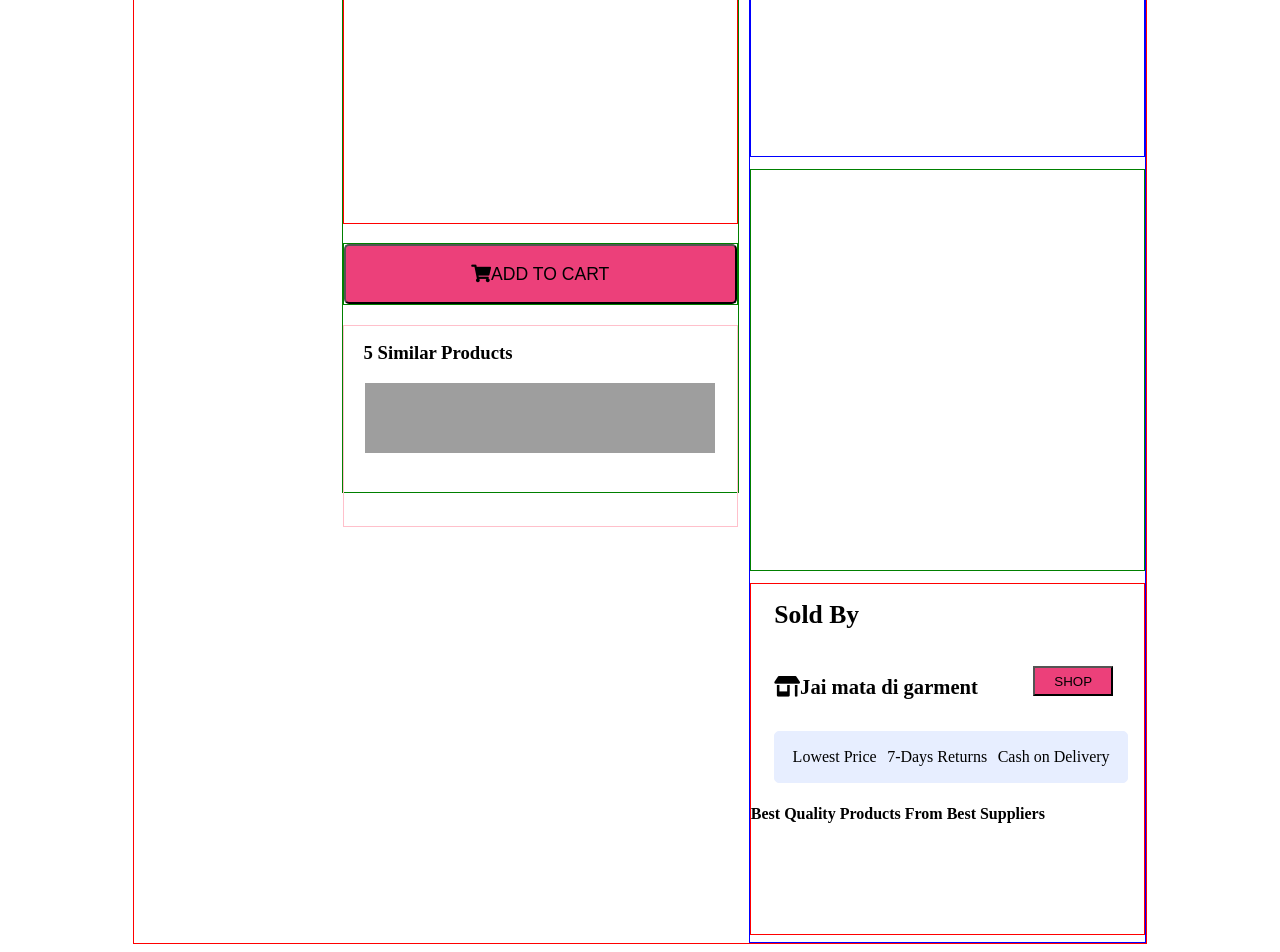
Repository: deepakxxxx/meesho
Page: catelog.html
These files come from the project's save history. The page is drawn as it stood at one moment and after a run of saves; the edit follows.
The browser window is 1280 px wide. The pictures show the part of the page from y = 419 to 1371 px (the page is 1371 px tall).
Pictures or frames that could not be fetched are drawn as grey boxes. A picture or video elsewhere on the page could not be fetched, so the positions and the page height are approximate.

Above is the page before, as saved 2021-11-06 17:53:23.

### catelog.html
<!DOCTYPE html>
<html lang="en">
<head>
    <meta charset="UTF-8">
    <meta http-equiv="X-UA-Compatible" content="IE=edge">
    <meta name="viewport" content="width=device-width, initial-scale=1.0">
    <link rel="stylesheet" href="https://use.fontawesome.com/releases/v5.15.4/css/all.css" integrity="sha384-DyZ88mC6Up2uqS4h/KRgHuoeGwBcD4Ng9SiP4dIRy0EXTlnuz47vAwmeGwVChigm" crossorigin="anonymous">
    <title>Document</title>
</head>
<style>
      #main{
        width: 100%;
        height: 136px;
        border: 1px solid white;
        margin: auto;
        /* position: fixed; */
    }
    #top{
        width: 100%;
        height: 70px;
        /* border: 1px solid red; */
        display: flex;

    }
    #left{
        display: flex;
        width: 55%;
    }
    #meesho{
      text-decoration: none;
      font-size: 50px;
      color: #F06292;
      font-weight: bold;
      margin-left: 25%;
      margin-top: 1%;
      /* margin-right: 0px; */
    }
    #search{
        /* margin-left: 30%; */
        height: 60px;
        width: 400px;
        border-radius: 6px;
        margin-top: 1%;
        /* margin-left: 0px; */
        border: 1px solid #BDBDBD;
        font-size: 90%;
        /* margin-right: 60%; */
    }
    #right{
        display: flex;
        list-style-type: none;
        column-gap: 30px;

    }
    #rightmain{
        width: 45%;
        margin-right: 6%;
        /* margin-top: 9px; */
    }
    #app{
        text-decoration: none;
        margin-left: 10px;
        margin-top: 9px;
        font-size: 103%;
        color: black;
    }
    #supp{
        text-decoration: none;
        margin-top: 9px;
        font-size: 103%;
        color: black;
    }
    #profile{
        text-decoration: none;
        font-size: 103%;
        color: black;
    }
    #cart{
        text-decoration: none;
        font-size: 103%;
        color: black;
    }
    #app:hover{
        color: #EC407A;
        text-decoration: underline;
    }
    #profile:hover{
        color: #EC407A;
        text-decoration: underline;
    }
    .line1{
        height: 30px;
    }
    .line2{
        color: #BDBDBD;
    }
    #heading
    {
        width: 73%;
        margin:  5% auto auto auto ;
        display: grid;
        grid-template-columns: 23% 54% 23%;
        padding: 1%;
        position: sticky;
    }
    #topic{
        margin-top:-15px;
        text-align: center;
    }
    #collection{
        display: flex;
        margin-left: 2%;
        list-style-type: none;
        font-size: 105%;
        column-gap: 63px;

    }
    ul > a{
        text-decoration: none;
        color: black;
    }
    ul > a :hover{
        color: #EC407A;
        /* text-decoration: underline; */
    }
    #container{
        width: 80%;
        border: 1px solid red;
        margin: auto;
        display: flex;
        margin-top: 1%;
        column-gap: 1%;
    }
    #smallImg{
        width: 20%;
        /* border: 1px solid blue; */
        height: 300px;
    }
    #bigImg{
        width: 40%;
        border: 1px solid green;
        height: 750px;
    }
    #descr{
        width: 40%;
        border: 1px solid blue;
        height: 1200px;
    }
    .product_sneek_peek{
        width: 70px;
        height: 70px;
        border: 1px solid red;
        margin-left: 69%;
        border-radius: 5px;
    }
    #imgDi{
        width: 99.5%;
        height: 480px;
        border: 1px solid red;
    }
    #addto{
        width: 99.5%;
        height: 60px;
        border: 1px solid green;
        margin-top: 5%;
    }
    #addto > button{
        width: 100%;
        height: 100%;
        background-color: #EC407A;
        font-size: 110%;
        border-radius: 5px;
    }
    #similar{
        width: 99.5%;
        height: 200px;
        border: 1px solid pink;
        margin-top: 5%;
    }
    #deta{
        width: 99.5%;
        height: 200px;
        border: 1px solid red;
    }
    #sizes{
        width: 99.5%;
        height: 200px;
        border: 1px solid blue;
        margin-top: 3%;
    }
    #infor{
        width: 99.5%;
        height: 400px;
        border: 1px solid green;
        margin-top: 3%;
    }
    #deler{
        width: 99.5%;
        height: 350px;
        border: 1px solid red;
        margin-top: 3%;
    }
    #similar > h3{
        margin-left: 5%;
        margin-top: 4%;
    }
    #simimg{
        display: flex;
        justify-content: center;
    }
    #simimg > img{
        width: 70px;
        height: 70px;
    }
    #deler > h3{
        margin-top: 4%;
        margin-left: 6%;
        font-size: 160%;
    }
    #sho{
        display: flex;
        margin-left: 6%;
        column-gap: 15%;
        font-size: 110%;
    }
    #sho > button{
        width: 80px;
        height: 30px;
        margin-top: 3%;
        background-color: #EC407A;
    }
    #sho1{
        display: flex;
        margin-left: 6%;
        column-gap: 3%;
        border: 1px solid #e7eeff;
        justify-content: center;
        margin-right: 4%;
        background-color: #e7eeff;
        margin-top: 3%;
        border-radius: 5px;
    }
    #deler > h4{
        margin
    }
</style>
<body>
    <div id="main">

        <div id="top">
            <div id="left">
             <span><a href="" id="meesho"><img src="https://cdn.hevodata.com/customer/logo/8c76f62bd88177a78bb6e2810a244446.png" alt="" rel = "icon" width="40%"></span></a>
             <span><input type="search" id="search" placeholder="Try Saree,Kurti or Search by Product Code"> </span>
            </div>
            <div id="rightmain">
                <ul id="right">
                    <div id="app">
                      <li><a href="" id="app"><i class="fas fa-mobile-alt"></i></a><a href="" id="app">Download App</a></li>

                    </div>
                    <hr class="line1">
                    <div id="supp">
                      <li><a href="" id="supp">Become a Supplier</a></li>

                    </div>
                    <hr class="line1">
                    <div>
                       <a href="" id="profile"><i class="far fa-user"></i></a>
                      <li><a href="" id="profile">Profile</a></li>
                    </div>

                    <hr class="line1">
                    <div>
                      <a href="" id="cart"><i class="fas fa-shopping-cart"></i></a>
                      <li><a href="" id="cart">Cart</a></li></li>
                    </div>

                </ul>
            </div>
        </div>

        <hr class="line2">
        <div id="secondLine">
        <ul id="collection">
            <a href="" class="same"><li>Women Ethnic</li></a>

            <a href="" class="same"><li>Women Western</li></a>

            <a href="" class="same"><li>Jewellery & Accessories</li></a>
            <a href="" class="same"><li>Men</li></a>
            <a href="" class="same"><li>Beauty & Health</li></a>
            <a href="" class="same"><li>Bags & Footwear</li></a>
            <a href="" class="same"><li>Home & Kitchen</li></a>
            <a href="" class="same"><li>Kids</li></a>
            <a href="" class="same"><li>Electronics</li></a>
        </ul>
      </div>
      <hr class="line2">
    </div>

    <div id="container">
        <div id="smallImg">
            <div class="product_sneek_peek">

            </div>
        </div>
        <div id="bigImg">
            <div id="imgDi">

            </div>
            <div id="addto">
                <button><i class="fas fa-shopping-cart"></i>ADD TO CART</button>
            </div>
            <div id="similar">
            <h3>5 Similar Products</h3>
            <div id="simimg">
                <img src="https://images.meesho.com/images/products/59272960/fddtp_512.jpg"/>
                <img src="https://images.meesho.com/images/products/59272964/a4l8y_512.jpg"/>
                <img src="https://images.meesho.com/images/products/59272962/azz7k_512.jpg"/>
                <img src="https://images.meesho.com/images/products/59272963/a5qjv_512.jpg"/>
                <img src="https://images.meesho.com/images/products/59272961/mx9tt_512.jpg"/>
            </div>
            </div>
        </div>
        <div id="descr">
            <div id="deta"></div>
            <div id="sizes"></div>
            <div id="infor"></div>
            <div id="deler">
                <h3>Sold By</h3>
                <div id="sho">
                    <h3><i class="fas fa-store-alt"></i>Jai mata di garment</h3>
                    <button>SHOP</button>
                </div>
                <div id="sho1">
                <p>Lowest Price</p>
                <p>7-Days Returns</p>
                <p>Cash on Delivery</p>
                </div>
                <h4>Best Quality Products From Best Suppliers</h4>
            </div>
        </div>
    </div>
</body>
</html>

After the next 2 saves:
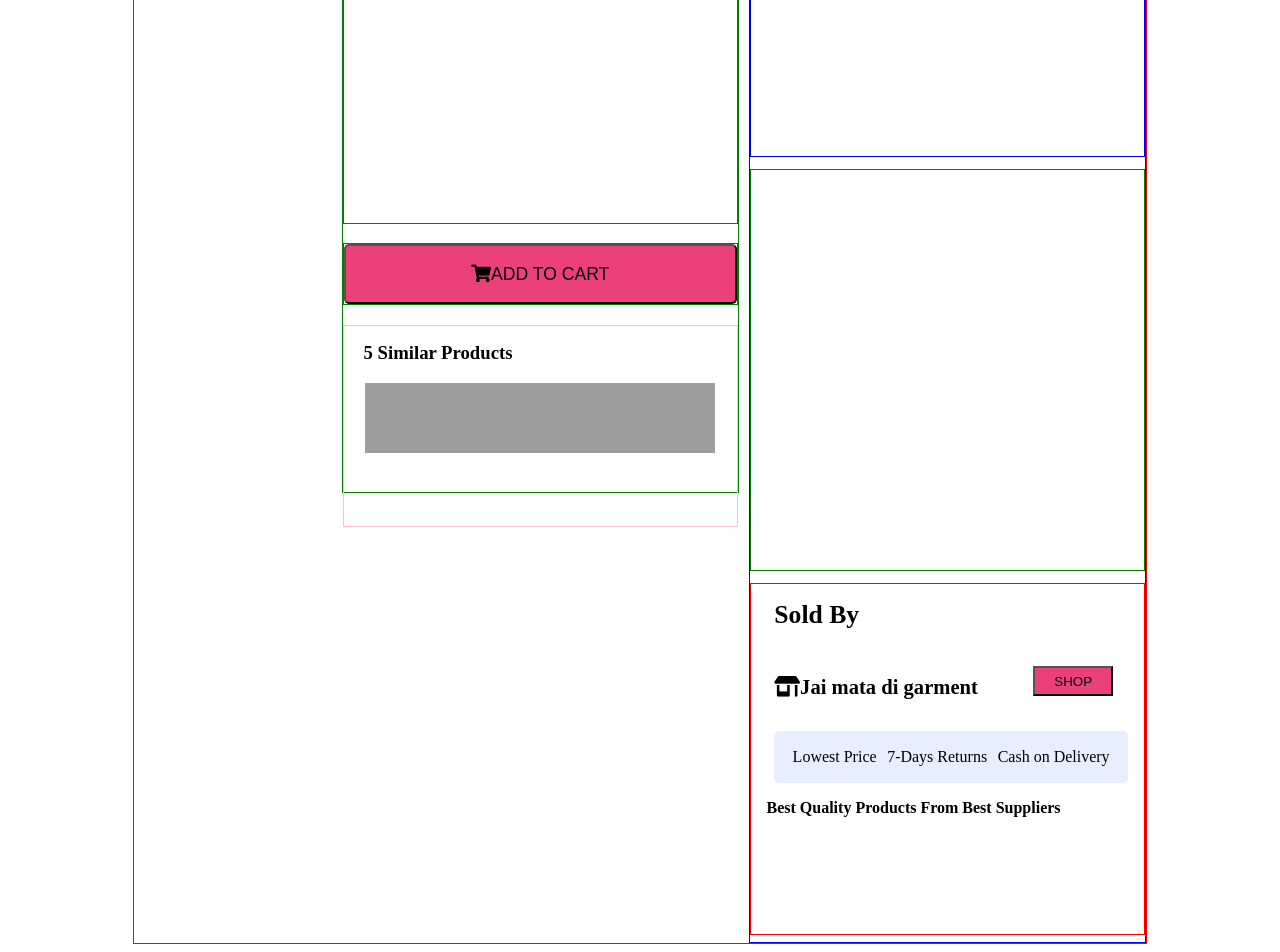
The 2 saves are shown as one change because they came seconds apart.
The last was saved 6 s later.
--- a/catelog.html
+++ b/catelog.html
@@ -241,7 +241,8 @@
         border-radius: 5px;
     }
     #deler > h4{
-        margin
+        margin-top: 4%;
+        margin-left: 4%;
     }
 </style>
 <body>
